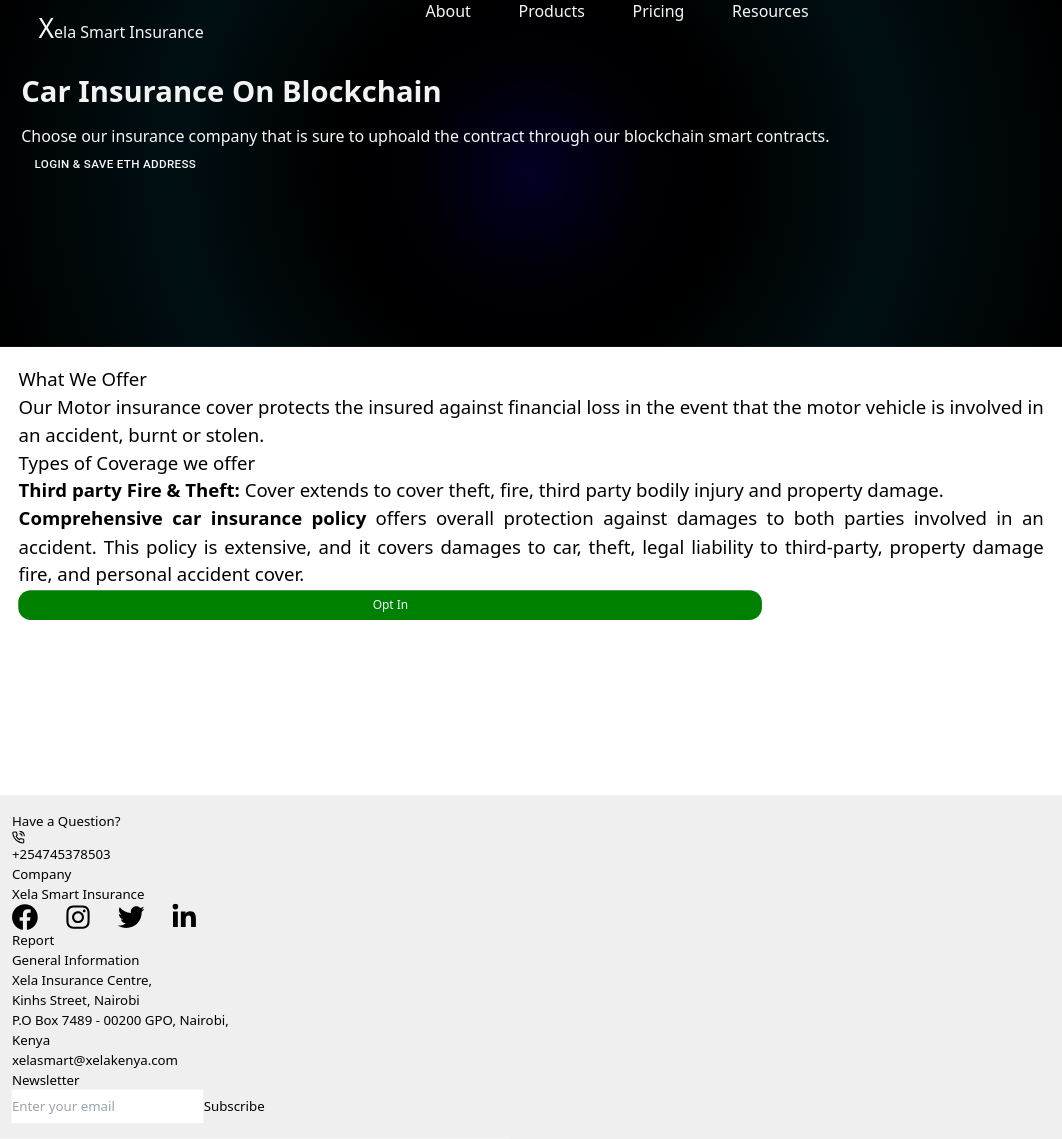
Repository: ALVIN-OBONYO/Xela-smart_insuarance
Page: / (app in frontend/)
An editor plug-in stored every save of this project. The page is shown before and after the next save, followed by the edit.
The browser window is 1280 px wide. The pictures show the whole page, at 83% of full size.
The project was rebuilt for these pictures with package versions that can differ from the ones it lists, and the page was loaded fresh each time. Also part of the build but not shown: frontend/src/Components/Cards.jsx, frontend/src/Pages/Policies.jsx, frontend/src/Components/Calendar.css, frontend/src/Components/Calendar.jsx, frontend/src/Components/Input.js, frontend/src/Components/Upload.css, frontend/src/Components/Upload.js, frontend/src/Pages/ReportForm.jsx and 3 more.

Above is the page before, as saved 2022-10-03 10:55:15.

After the next save:
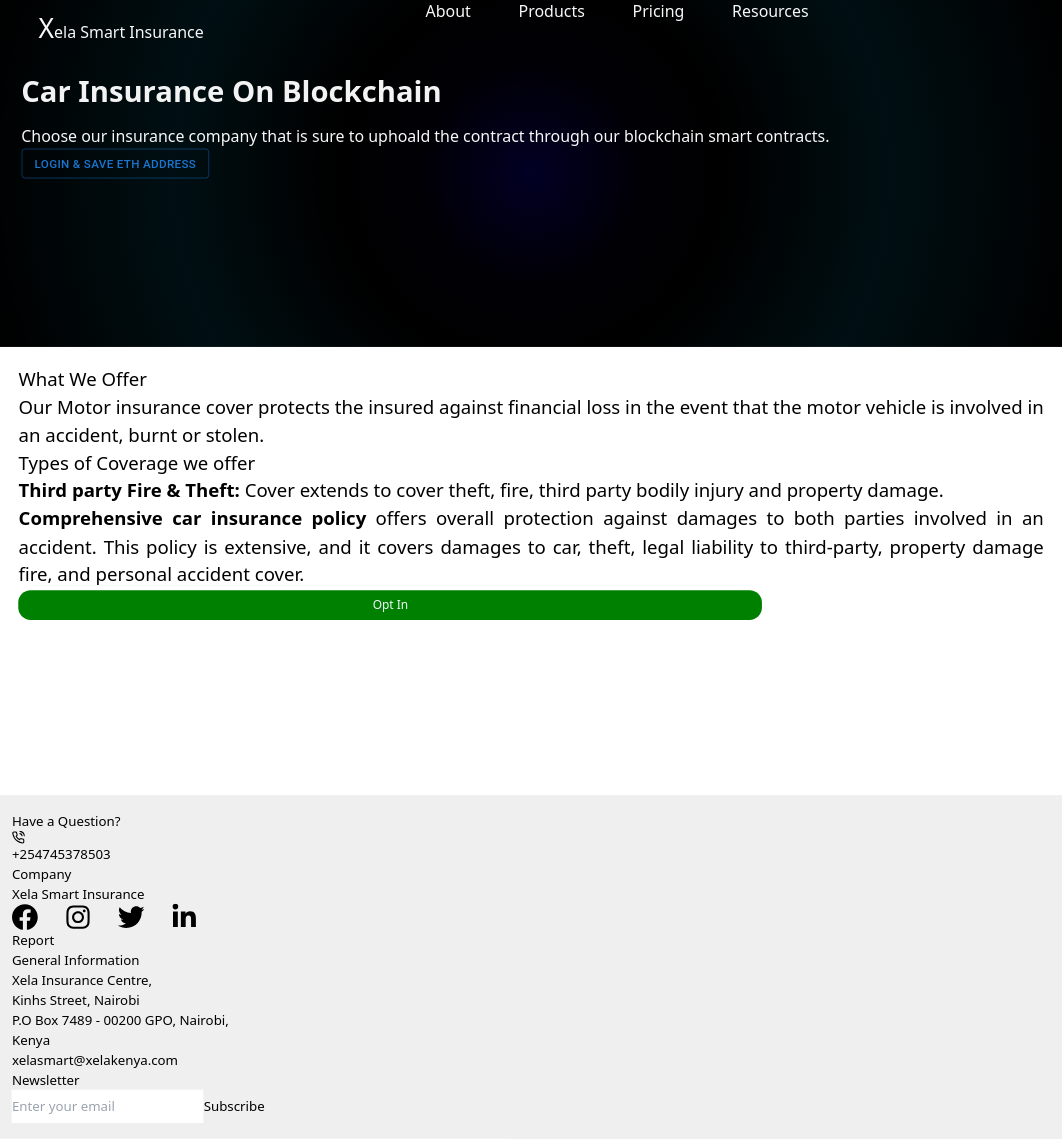
Saved 4 min 7 s later.
--- a/frontend/src/Pages/Entrypage.jsx
+++ b/frontend/src/Pages/Entrypage.jsx
@@ -94,7 +94,7 @@ const Entrypage = () => {
                 }}>Verify</Button>
                     </FormGroup> */}
 
-            <Button variant="outline" onClick={loginWithEth}>Login & Save ETH Address
+            <Button variant="outlined" onClick={loginWithEth}>Login & Save ETH Address
                 </Button>
                 <p id="userAddress" className="text-gray-600" ref={yourAddress}></p>
                 <button id="logoutButton" onClick={logout} className="hidden text-blue-500 underline" ref={buttonLogout}>Logout</button>
